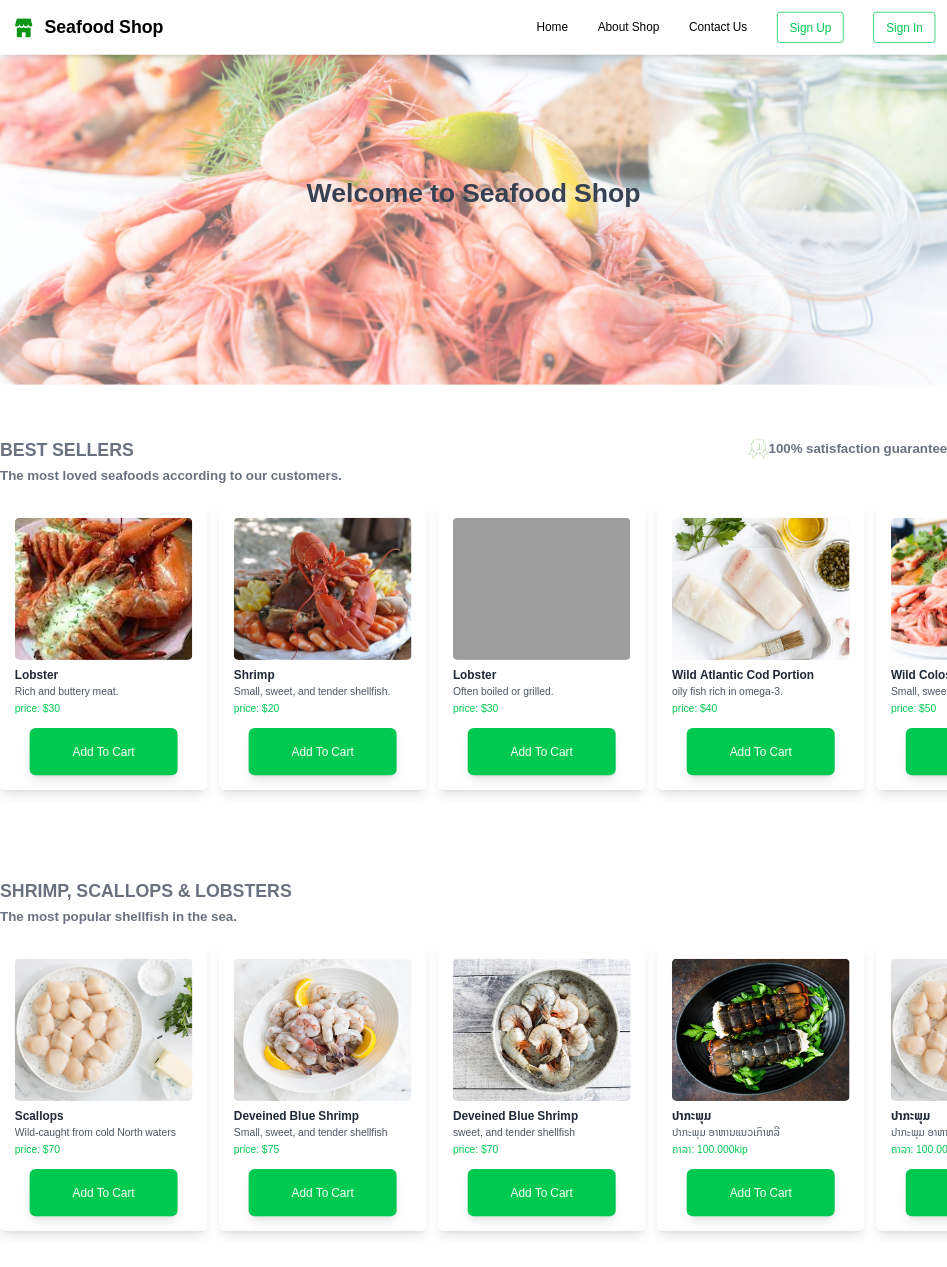
Repository: KongRucifer/SeaFood-Shop
Page: /modules/home/views
The author's editor kept a copy of each file at every save. The page is drawn from the files as they stood at one save, then again after a run of saves.
The browser window is 1280 px wide. The pictures show the part of the page from y = 0 to 1712 px (the page is 3284 px tall before and 3308 px after), at 74% of full size.
Pictures or frames that could not be fetched are drawn as grey boxes. The project was rebuilt for these pictures with package versions that can differ from the ones it lists, and the page was loaded fresh each time. The framework's server and built-in components were replaced by stand-ins that run in the browser. Also part of the build but not shown: next.config.ts.

Above is the page before, as saved 2025-06-25 20:24:19.

### src/app/layout.tsx
import type { Metadata } from "next";
import { Geist, Geist_Mono } from "next/font/google";
import "./globals.css";
import Navbar from "@/app/components/Navbar";
import Footer from "@/app/components/Footer";
import { Noto_Sans_Lao } from 'next/font/google';
 const geistSans = Geist({
  variable: "--font-geist-sans",
  subsets: ["latin"],
});

const geistMono = Geist_Mono({
  variable: "--font-geist-mono",
  subsets: ["latin"],
});
const notoSansLao = Noto_Sans_Lao({
  subsets: ['lao'],
  weight: ['400', '700'],
  variable: '--font-noto-sans-lao',
  display: 'swap',
});
export const metadata: Metadata = {
  title: "ຮ້ານຂາຍອາຫານທະເລ - ໜ້າທຳອິດ | Seafood Shop",
  description:
    "ຮ້ານຂາຍອາຫານທະເລອອນໄລ ໜ້າທຳອິດ ລວມອາຫານທະເລຫຼາກຫຼາຍ ເຊັ່ນ ປາ, ປູ, ກຸ້ງ ແລະ ອາຫານທະເລອື່ນໆ ສາມາດສັ່ງຊື້ໃນເວັບໄຊໄດ້ ມີບໍລິການສົ່ງໄປເຖີງທີ່ ສາມາດເຮັດ ການໂອນເງິນ ທີ່ເວັບໄຊທ໌ຂອງພວກເຮົາ",
  keywords:
    "ອາຫານທະເລ ອອນໄລ, ຮ້ານຂາຍອາຫານທະເລ, ສັ່ງອາຫານທະເລ, ອາຫານທະເລສົ່ງໄວທັນໃຈ",
  authors: [{ name: "kong mong thao" }],
  publisher: "Super Shop SeaFood",
  robots: {
    index: true,
    follow: true,
  },
  openGraph: {
    title: "ຮ້ານຂາຍອາຫານທະເລ - ໜ້າທຳອິດ | Seafood Shop",
    description:
      "ສັ່ງຊື້ອາຫານທະເລ ລາຄາຖືກ ສົ່ງໄວ ທັນໃຈ ສາມາດໂອນເງີນ ປາຍທາງໄດ້",
    url: "http://localhost:3000/images/fish.jpeg",
    siteName: "Seafood Shop",
    locale: "th_TH",
    type: "website",
    images: [
      {
        url: "http://localhost:3000/images/myshopSeafood.jpeg",
        width: 1200,
        height: 630,
        alt: "Food Shop Image",
      },
    ],
  },
  twitter: {
    card: "summary_large_image",
    title: "ຮ້ານຂາຍອາຫານທະເລ - ໜ້າທຳອິດ | Seafood Shop",
    description:
      "ສັ່ງຊື້ອາຫານທະເລ ລາຄາຖືກ ສົ່ງໄວ ທັນໃຈ ມີບໍລິການໂອນເງີນ ປາຍທາງ",
    images: ["http://localhost:3000/images/seafood2.jpeg"],
  },
  alternates: {
    canonical: "https://yourdomain.com/",
  },

}
export const viewport = {
  width: 'device-width',
  initialScale: 1,
};
export default function RootLayout({
  children,
}: Readonly<{
  children: React.ReactNode;
}>) {
  return (
    <html lang="lo" className={notoSansLao.variable}>
      <body
        className={`${geistSans.variable} ${geistMono.variable} antialiased`}
      >
        <Navbar />
        {children}
        <Footer />
      </body>
    </html>
  );
}

### src/app/modules/home/views/page.tsx
import Banner from "@/app/modules/home/components/Banner.component";
import Best_Sellers from "@/app/modules/home/components/Best_Sellers.component";
import Popular_Shellfish from "@/app/modules/home/components/Popular_Shellfish.component";
import Fulton_Finsider from "@/app/modules/home/components/Fulton_Finsider.component";
import Healthy_Meals from "@/app/modules/home/components/Healthy_Meals.component";
export default function Home() {
  return (
    <div className="flex flex-col items-center justify-center ">
      <Banner />
      <Best_Sellers />
      <Popular_Shellfish />
      <Fulton_Finsider />
      <Healthy_Meals />
    </div>
  );
}

### src/app/globals.css
 @import "tailwindcss";
 body {
  font-family: var(--font-noto-sans-lao), sans-serif;
}
@keyframes upDown {
  0% {
    transform: translateY(0);
  }
  50% {
    transform: translateY(-10px);
  }
  100% {
    transform: translateY(0);
  }
}

.hover-updown:hover {
  animation: upDown 1s ease-in-out infinite;
}

### src/app/components/Navbar.tsx
import Link from "next/link";

export default async function Navbar() {
  return (
    <nav className="bg-white border-gray-200 dark:bg-gray-900 shadow-md fixed top-0 left-0 z-50 w-full">
      <div className="container mx-auto">
      <div className=" flex flex-wrap items-center justify-between  p-4">
        <div className="flex items-center">
          <img
            src="/images/lets-icons_shop.png"
            className="h-8 mr-3"
            alt="Seafood Shop Logo"
          />
          <span className="self-center text-2xl font-semibold whitespace-nowrap dark:text-white">
            Seafood Shop
          </span>
        </div>
        <div className="flex justify-center items-center md:order-2 gap-10">
          <Link href="/" className="-pb-1 border-b-2 border-transparent hover:border-green-500 transition">Home</Link>
          <Link href="/" className="-pb-1 border-b-2 border-transparent hover:border-green-500 transition">About Shop</Link>
          <Link href="/" className="-pb-1 border-b-2 border-transparent hover:border-green-500 transition">Contact Us</Link>
          <Link href="/" className="border border-green-500 text-green-500 px-4 py-2 rounded hover:bg-green-50 transition">
            Sign Up
          </Link>
          <Link href="/" className="border border-green-500 text-green-500 px-4 py-2 rounded hover:bg-green-50 transition">
            Sign In
          </Link>
        </div>
      </div>
      </div>
    </nav>
  );
}

### src/app/components/Footer.tsx

export default async function Footer() {
  return (
    <footer className="bg-black dark:bg-gray-900">
      <div className="max-w-screen-xl mx-auto container pt-4 pb-4 sm:items-center">
        <div>

        <div className="flex flex-col  md:flex-row justify-between  items-start md:items-center space-y-4 md:space-y-0 md:space-x-8 text-white mb-20 mt-15">
           <div>
             <h3 className="mb-5 text-green-500">FULTON FISH MARKET</h3>
           <div>
            <p className="text-md">Opened in 1822, Lak 52 City's Fulton Fish Market is one of  </p>
            <p className="text-md">the oldest fish markets in Laos. We offer the world&apos;s</p>
            <p className="text-md">largest assortment of seafood online. Order fresh, healthy, and delicious</p>
            <p className="text-md"> seafood directly from the market with next-day delivery to your door.</p>
           </div>
           </div>
           <div>
             <h3 className="mb-3 text-green-500 ">LEARN ABOUT US</h3>
           <div>
            <ul>
              <li className="cursor-pointer hover:text-gray-300 transition">About Shop</li>
              <li className="cursor-pointer hover:text-gray-300 transition" >Contact Us</li>
              <li className="cursor-pointer hover:text-gray-300 transition" >Privacy Policy</li>
              <li className="cursor-pointer hover:text-gray-300 transition">Terms of Service</li>
            </ul>
           </div>
           </div>
           <div className="xl:-mt-10 lg:-mt-10 sm:mt-10 md:-mt-13    ">
             <div className="mb-2 text-green-500 flex items-center gap-1"><img  src="/images/star.png" alt="no image star"  className="-mt-5" /><h3>SEAFOOD SHOP</h3></div>
           <div>
             <h3 className="mb-5 text-green-500 items-center">Follow us</h3>
              <ul className="flex space-x-4 content-center">
                <li>
                  <a href="https://www.facebook.com" target="_blank" rel="noopener noreferrer">
                    <img  src="/images/facebook.png"  alt="Facebook" className="w-6 h-6" />
                  </a>
                </li>
                <li>
                  <a href="https://www.instagram.com" target="_blank" rel="noopener noreferrer">
                    <img  src="/images/instagram.png"  alt="Instagram" className="w-6 h-6" />
                  </a>
                </li>
                <li>
                  <a href="https://www.twitter.com" target="_blank" rel="noopener noreferrer">
                    <img  src="/images/twitter.png"  alt="Twitter" className="w-6 h-6" />
                  </a>
                </li>
               </ul>
           </div>
           </div>
        </div>
        <div className="text-center text-gray-500 dark:text-gray-400">
          © {new Date().getFullYear()} Seafood Shop. All rights reserved.
        </div>
        </div>
      </div>
    </footer>
  ); }

### src/app/modules/home/components/Banner.component.tsx
import Image  from 'next/image';
export default async function Banner() {
  return (
    <div className="relative w-full h-130 r overflow-hidden mb-10">
  <img
    src="/images/food.jpg"
    alt="no image seafood"
    className="absolute inset-0 w-full h-full object-cover opacity-60"
  />
  <h1 className="relative z-10 flex items-center justify-center h-full text-4xl font-bold text-gray-700">
    Welcome to Seafood Shop
  </h1>
</div>
  );
}

### src/app/modules/home/components/Popular_Shellfish.component.tsx
import Image  from 'next/image';
export default async function Popular_Shellfish() {
  return (
    <div className="container mx-auto py-8">
      <div>
        <h1 className="text-2xl font-bold mb-1 text-gray-500 ">
          SHRIMP, SCALLOPS & LOBSTERS
        </h1>
        <h2 className="text-lg font-bold mb-6 text-gray-500 ">
          The most popular shellfish in the sea.
        </h2>
      </div>
      <div className="flex overflow-x-auto space-x-4 pb-4">
        {/* Card 1 */}
        <div className="w-70 flex-shrink-0 bg-white rounded-lg shadow-lg p-5 transform transition duration-300 hover:scale-105">
          <div>
            <img
              src="/images/content3food.webp"
              alt="Seafood Dish 1"
              className="w-full h-48 object-cover rounded-md transition-transform duration-500 ease-in-out group-hover:scale-105"
            />
          </div>
          <div className="mt-2">
            <h4 className="font-semibold text-gray-800">Scallops</h4>
            <p className="text-sm text-gray-600">Wild-caught from cold North waters</p>
            <p className="text-sm text-green-500 mt-1">price: $70</p>
          </div>
          <div className="flex justify-center mt-4">
            <button className="min-w-[200px] flex-shrink-0  rounded-lg shadow-lg p-5 cursor-pointer bg-green-500 hover:bg-green-700 text-white transform transition duration-300 hover:scale-105">
              Add To Cart
            </button>
          </div>
        </div>

        {/* Card 2 */}
        <div className="w-70 flex-shrink-0 bg-white rounded-lg shadow-lg p-5 transform transition duration-300 hover:scale-105">
          <div>
            <img
              src="/images/content3foodd.webp"
              alt="Seafood Dish 2"
              className="w-full h-48 object-cover rounded-md"
            />
          </div>
          <div className="mt-2">
            <h4 className="font-semibold text-gray-800"> Deveined Blue Shrimp</h4>
            <p className="text-sm text-gray-600">Small, sweet, and tender shellfish</p>
            <p className="text-sm text-green-500 mt-1">price: $75</p>
          </div>
          <div className="flex justify-center mt-4">
            <button className="min-w-[200px] flex-shrink-0  rounded-lg shadow-lg p-5 cursor-pointer bg-green-500 hover:bg-green-700 text-white transform transition duration-300 hover:scale-105">
              Add To Cart
            </button>
          </div>
        </div>

        {/* Card 3 */}
        <div className="w-70 flex-shrink-0 bg-white rounded-lg shadow-lg p-5 transform transition duration-300 hover:scale-105">
          <div>
            <img
              src="/images/content3fooddd.jpg"
              alt="Seafood Dish 3"
              className="w-full h-48 object-cover rounded-md"
            />
          </div>
          <div className="mt-2">
            <h4 className="font-semibold text-gray-800"> Deveined Blue Shrimp</h4>
            <p className="text-sm text-gray-600">sweet, and tender shellfish</p>
            <p className="text-sm text-green-500 mt-1">price: $70</p>
          </div>
          <div className="flex justify-center mt-4">
            <button className="min-w-[200px] flex-shrink-0  rounded-lg shadow-lg p-5 cursor-pointer bg-green-500 hover:bg-green-700 text-white transform transition duration-300 hover:scale-105">
              Add To Cart
            </button>
          </div>
        </div>
        {/* Card 4 */}

        <div className="w-70 flex-shrink-0 bg-white rounded-lg shadow-lg p-5 transform transition duration-300 hover:scale-105">
          <div>
            <img
              src="/images/content3fooddt.webp"
              alt="Seafood Dish 3"
              className="w-full h-48 object-cover rounded-md"
            />
          </div>
          <div className="mt-2">
            <h4 className="font-semibold text-gray-800">ປາກະພຸມ</h4>
            <p className="text-sm text-gray-600">ປາກະພຸມ ອາຫານແນວເກົາຫລີ</p>
            <p className="text-sm text-green-500 mt-1">ຄາລາ: 100.000kip</p>
          </div>
          <div className="flex justify-center mt-4">
            <button className="min-w-[200px] flex-shrink-0  rounded-lg shadow-lg p-5 cursor-pointer bg-green-500 hover:bg-green-700 text-white transform transition duration-300 hover:scale-105">
              Add To Cart
            </button>
          </div>
        </div>
        {/* Card 5 */}

        <div className="w-70 flex-shrink-0 bg-white rounded-lg shadow-lg p-5 transform transition duration-300 hover:scale-105">
          <div>
            <img
              src="/images/content3food.webp"
              alt="Seafood Dish 3"
              className="w-full h-48 object-cover rounded-md"
            />
          </div>
          <div className="mt-2">
            <h4 className="font-semibold text-gray-800">ປາກະພຸມ</h4>
            <p className="text-sm text-gray-600">ປາກະພຸມ ອາຫານແນວເກົາຫລີ</p>
            <p className="text-sm text-green-500 mt-1">ຄາລາ: 100.000kip</p>
          </div>
          <div className="flex justify-center mt-4">
            <button className="min-w-[200px] flex-shrink-0  rounded-lg shadow-lg p-5 cursor-pointer bg-green-500 hover:bg-green-700 text-white transform transition duration-300 hover:scale-105">
              Add To Cart
            </button>
          </div>
        </div>
      </div>
    </div>
  );
}

### src/app/modules/home/components/Fulton_Finsider.component.tsx
import Image from "next/image";
export default async function Fulton_Finsider() {
  return (
    <div className="relative w-full h-[40rem] overflow-hidden mb-10">
      <div>
        <img
          src="/images/celender2.png"
          alt="Seafood background"
          className="absolute  w-full h-full object-cover"
        />
      </div>

      <div className="relative z-10 flex flex-col md:flex-row items-center justify-start h-full text-center px-4 md:px-10 text-gray-800 bg-black/30 ">
        <div className="max-w-sm  rounded-xl p-6 m-4 shadow-lg">
          <div className="w-20 h-20 bg-white rounded-full flex items-center justify-center mx-auto mb-4 shadow ">
            <img
              src="/images/puss.png"
              alt="Seafood Icon"
              className="w-12 h-12 hover-updown"
            />
          </div>
          <h2 className="text-xl font-semibold mb-2">Dive In & Explore</h2>
          <p className="text-sm mb-2 text-gray-300">
            Craving buttery scallops, sushi-grade tuna, or wild-caught salmon?
            We’ve got the best, chef-quality seafood ready for your table!
          </p>
          <p className="text-sm mb-4 font-medium text-white">
            Pro Tip: Not sure what to try first?
          </p>
          <button className="px-4 py-2 bg-white border border-gray-300 text-gray-600 rounded hover:bg-gray-100 transition">
            OUR BEST SELLERS
          </button>
        </div>

        <div className="max-w-sm  rounded-xl p-6 m-4 shadow-lg">
          <div className="w-20 h-20 bg-white rounded-full flex items-center justify-center mx-auto mb-4 shadow ">
            <img
              src="/images/pass.png"
              alt="Seafood Icon"
              className="w-12 h-12 hover-updown"
            />
          </div>
          <h2 className="text-xl font-semibold mb-2">Make Your Catch</h2>
          <p className="text-sm mb-2 text-gray-300">
            Love fresh seafood? Set it and forget it! Subscribe for savings, VIP
            perks, and exclusive gifts—no effort required!
          </p>
          <p className="text-sm mb-4 font-medium text-white">
            Save 15% or more on every order!
          </p>
          <button className="px-4 py-2 bg-white border border-gray-300 text-gray-600 rounded hover:bg-gray-100 transition">
            SUBSCRIBE & SAVE
          </button>
        </div>

        <div className="max-w-sm  rounded-xl p-6 m-4 shadow-lg">
          <div className="w-20 h-20 bg-white rounded-full flex items-center justify-center mx-auto mb-4 shadow ">
            <img
              src="/images/puss.png"
              alt="Seafood Icon"
              className="w-12 h-12 hover-updown"
            />
          </div>
          <h2 className="text-xl font-semibold mb-2">Reel It In</h2>
          <p className="text-sm mb-2 text-gray-300">
            Our seafood ships fast, freshly-frozen, and packed with care in
            eco-friendly materials. No more guessing how long that store-bought
            fish has been hanging around!
          </p>
          <p className="text-sm mb-4 font-medium text-white">
            Worried about cooking? Don’t be!
          </p>
          <button className="px-4 py-2 bg-white border border-gray-300 text-gray-600 rounded hover:bg-gray-100 transition">
            TIPS & RECIPES
          </button>
        </div>
      </div>
    </div>
  );
}

Loaded but not shown: src/app/modules/home/components/Best_Sellers.component.tsx (129 lines, source omitted); src/app/modules/home/components/Healthy_Meals.component.tsx (122 lines, source omitted)

After the next 2 saves:
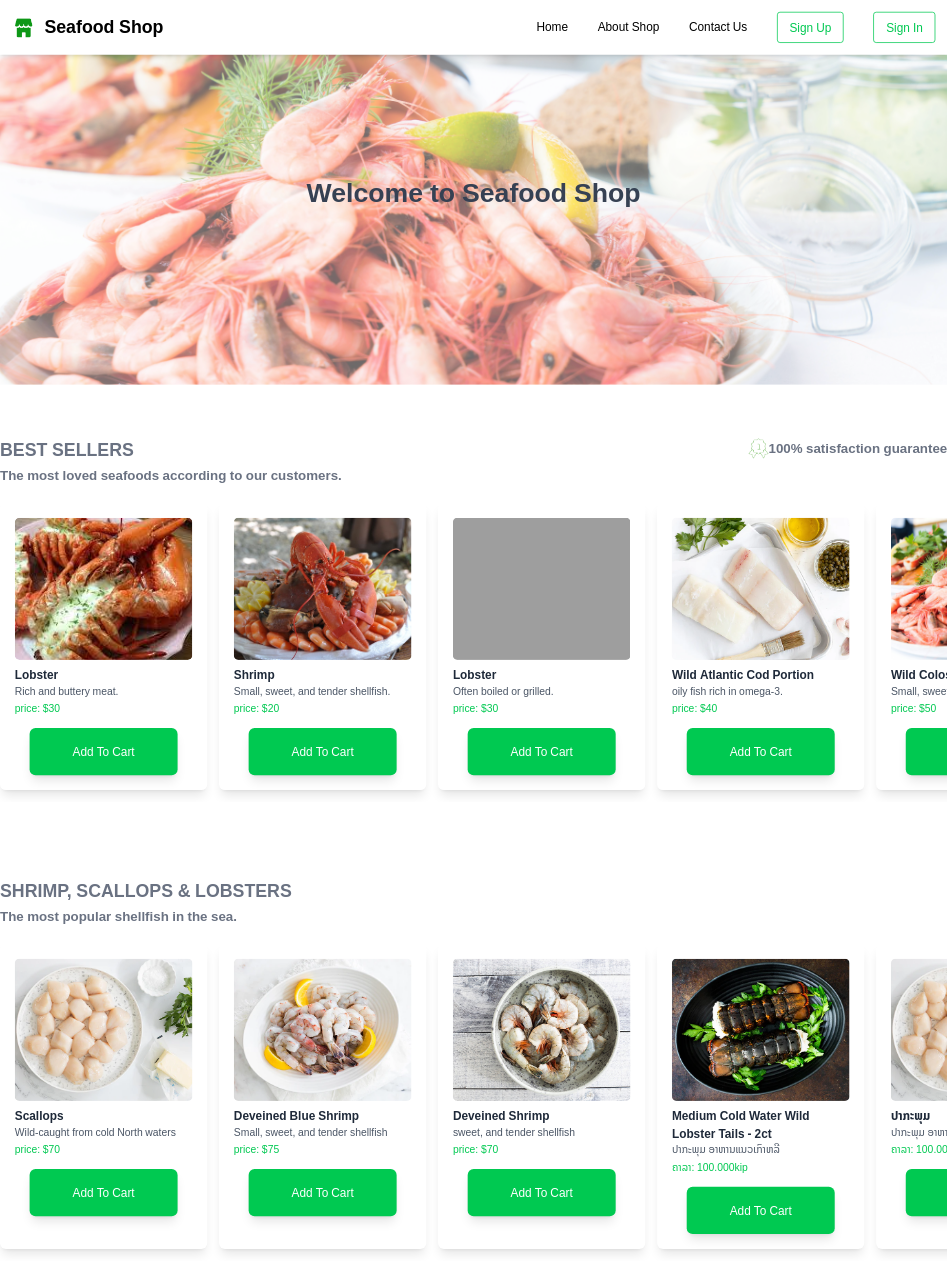
The 2 saves are shown as one change because they came seconds apart.
The last was saved 28 s later.
--- a/src/app/modules/home/components/Popular_Shellfish.component.tsx
+++ b/src/app/modules/home/components/Popular_Shellfish.component.tsx
@@ -63,7 +63,7 @@
             />
           </div>
           <div className="mt-2">
-            <h4 className="font-semibold text-gray-800"> Deveined Blue Shrimp</h4>
+            <h4 className="font-semibold text-gray-800"> Deveined Shrimp</h4>
             <p className="text-sm text-gray-600">sweet, and tender shellfish</p>
             <p className="text-sm text-green-500 mt-1">price: $70</p>
           </div>
@@ -84,7 +84,7 @@
             />
           </div>
           <div className="mt-2">
-            <h4 className="font-semibold text-gray-800">ປາກະພຸມ</h4>
+            <h4 className="font-semibold text-gray-800">Medium Cold Water Wild Lobster Tails - 2ct</h4>
             <p className="text-sm text-gray-600">ປາກະພຸມ ອາຫານແນວເກົາຫລີ</p>
             <p className="text-sm text-green-500 mt-1">ຄາລາ: 100.000kip</p>
           </div>

After the 4 saves that followed:
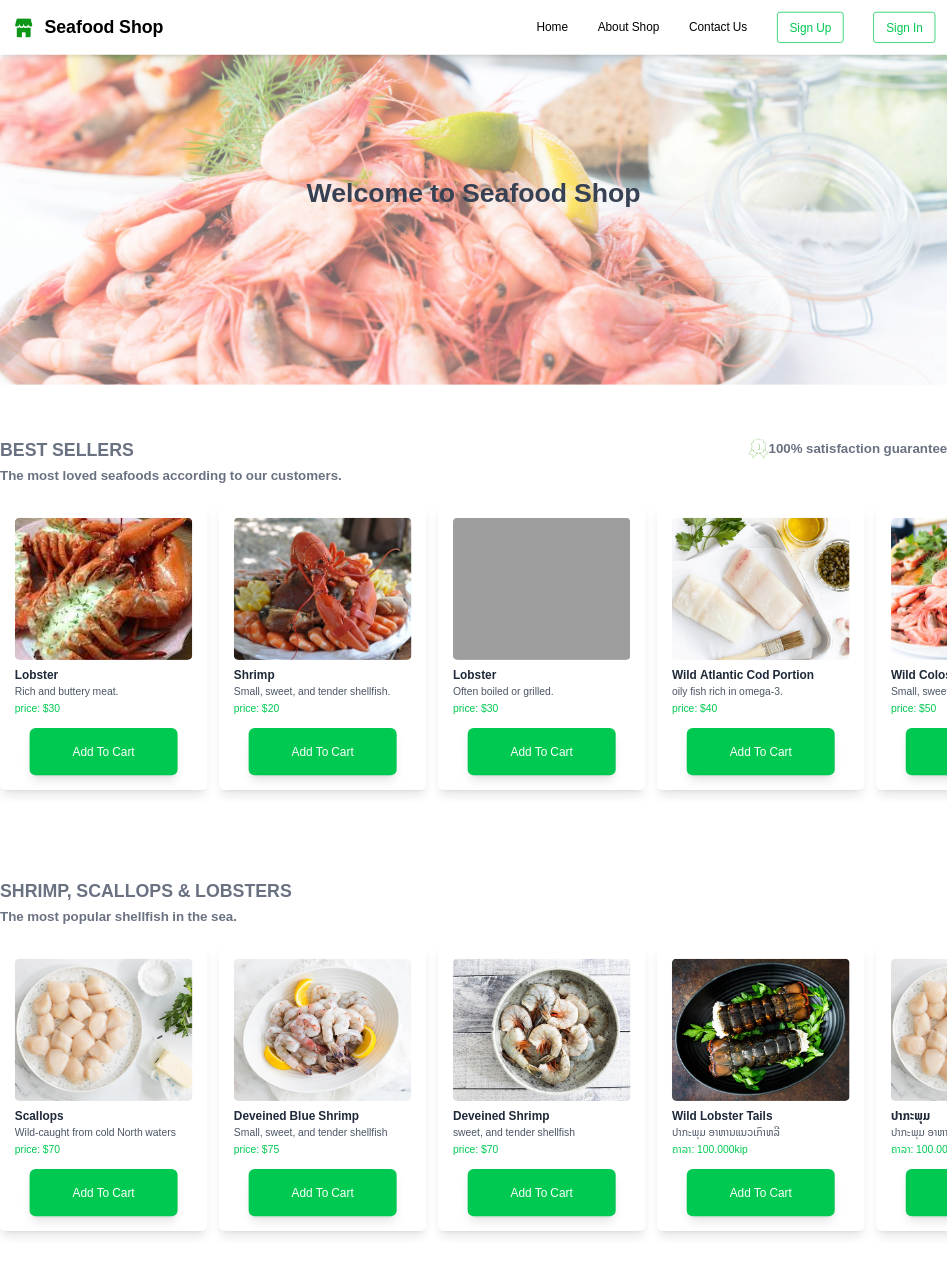
The 4 saves are shown as one change because 1 left the picture as it was and some came seconds apart.
The last was saved 21 s later.
--- a/src/app/modules/home/components/Popular_Shellfish.component.tsx
+++ b/src/app/modules/home/components/Popular_Shellfish.component.tsx
@@ -84,7 +84,7 @@
             />
           </div>
           <div className="mt-2">
-            <h4 className="font-semibold text-gray-800">Medium Cold Water Wild Lobster Tails - 2ct</h4>
+            <h4 className="font-semibold text-gray-800">Wild Lobster Tails</h4>
             <p className="text-sm text-gray-600">ປາກະພຸມ ອາຫານແນວເກົາຫລີ</p>
             <p className="text-sm text-green-500 mt-1">ຄາລາ: 100.000kip</p>
           </div>
